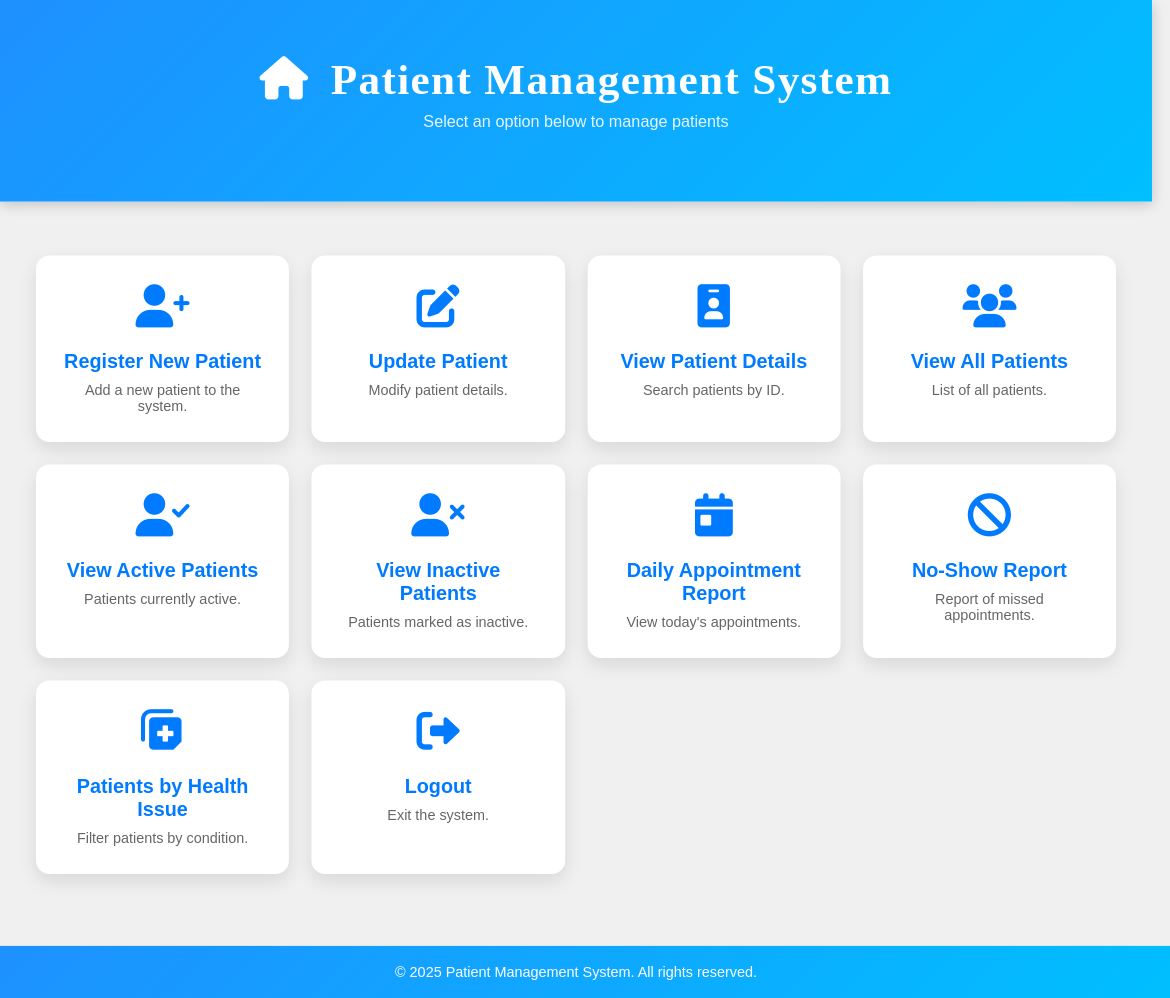
Repository: VamsiPerni/Care-and-Cure-Hospital
Page: http://localhost/patienthome
An editor plug-in stored every save of this project. The page is shown before and after the next save, followed by the edit.
The browser window is 1280 px wide. The page is 1300 px wide, so the pictures cover 1300 px, including what lies to the right of the window. The pictures show the whole page, at 90% of full size.
The page is this project's Thymeleaf template; nobody is signed in. The template is opened directly, without the code that normally fills it, so the values that code supplies are empty.

Above is the page before, as saved 2025-04-08 07:13:12.

### Care_and_Cure_Hospital_AppUI/src/main/resources/templates/patienthome.html
<!DOCTYPE html>
<html lang="en" xmlns:th="http://www.thymeleaf.org">
<head>
    <meta charset="UTF-8">
    <meta name="viewport" content="width=device-width, initial-scale=1.0">
    <title>Patient Management System</title>
    <link href="https://fonts.googleapis.com/css2?family=Roboto:wght@400;500;700&family=Playfair+Display:wght@700&display=swap" rel="stylesheet">
    <link rel="stylesheet" href="https://cdnjs.cloudflare.com/ajax/libs/font-awesome/6.0.0-beta3/css/all.min.css">
    <style>
        body {
            background-color: #f0f0f0;
            font-family: 'Poppins', sans-serif;
            margin: 0;
            padding: 0;
            display: flex;
            flex-direction: column;
            align-items: center;
            justify-content: center;
            min-height: 100vh;
            color: #333;
        }

        header {
            background: linear-gradient(135deg, #1e90ff, #00bfff);
            width: 100%;
            padding: 60px 0;
            text-align: center;
            box-shadow: 0 4px 15px rgba(0, 0, 0, 0.2);
            margin-bottom: 40px;
        }

        header h1 {
            color: white;
            font-family: 'Poppins', serif;
            font-size: 48px;
            font-weight: 700;
            margin: 0;
            letter-spacing: 1.5px;
        }

        header p {
            color: rgba(255, 255, 255, 0.9);
            font-size: 18px;
            margin-top: 10px;
        }

        .grid-container {
            display: grid;
            grid-template-columns: repeat(auto-fit, minmax(280px, 1fr));
            gap: 25px;
            max-width: 1200px;
            margin: 0 auto;
            padding: 20px;
        }

        .feature-box {
            background: white;
            padding: 30px;
            border-radius: 15px;
            text-align: center;
            box-shadow: 0 8px 20px rgba(0, 0, 0, 0.1);
            transition: transform 0.3s ease, box-shadow 0.3s ease, background 0.3s ease;
            cursor: pointer;
            position: relative;
            overflow: hidden;
        }

        .feature-box::before {
            content: '';
            position: absolute;
            top: 0;
            left: 0;
            width: 100%;
            height: 100%;
            background: linear-gradient(135deg, #1e90ff, #00bfff);
            opacity: 0;
            transition: opacity 0.3s ease;
            z-index: 1;
        }

        .feature-box:hover::before {
            opacity: 1;
        }

        .feature-box:hover {
            transform: translateY(-10px);
            box-shadow: 0 12px 30px rgba(0, 0, 0, 0.2);
        }

        .feature-box:hover .icon,
        .feature-box:hover .title,
        .feature-box:hover .description {
            color: white;
            z-index: 2;
        }

        a {
            text-decoration: none;
            color: inherit;
        }

        .icon {
            font-size: 48px;
            margin-bottom: 20px;
            color: #007bff;
            transition: color 0.3s ease;
            position: relative;
            z-index: 2;
        }

        .title {
            font-size: 22px;
            font-weight: 600;
            color: #007bff;
            margin-bottom: 10px;
            transition: color 0.3s ease;
            position: relative;
            z-index: 2;
        }

        .description {
            font-size: 16px;
            color: #666;
            transition: color 0.3s ease;
            position: relative;
            z-index: 2;
        }

        footer {
            margin-top: 60px;
            padding: 20px;
            width: 100%;
            text-align: center;
            background: linear-gradient(135deg, #1e90ff, #00bfff);
            color: white;
            font-size: 16px;
            font-weight: 500;
        }
    </style>
</head>
<body>
    <header>
    <h1>
        <a href="/adminDashboard" style="color: white; text-decoration: none;">
            <i class="fas fa-home" style="margin-right: 10px;"></i>
            Patient Management System
        </a>
    </h1>
    <p>Select an option below to manage patients</p>
</header>
    <div class="grid-container">
        <div class="feature-box">
            <div class="icon"><i class="fas fa-user-plus"></i></div>
            <div class="title"><a th:href="@{/ui/patients/add}">Register New Patient</a></div>
            <div class="description">Add a new patient to the system.</div>
        </div>
        <div class="feature-box">
            <div class="icon"><i class="fas fa-edit"></i></div>
            <div class="title"><a th:href="@{/ui/patients/enterId}">Update Patient</a></div>
            <div class="description">Modify patient details.</div>
        </div>
        <div class="feature-box">
            <div class="icon"><i class="fas fa-id-badge"></i></div>
            <div class="title"><a th:href="@{/ui/patients/enterPatientId}">View Patient Details</a></div>
            <div class="description">Search patients by ID.</div>
        </div>
        <div class="feature-box">
            <div class="icon"><i class="fas fa-users"></i></div>
            <div class="title"><a th:href="@{/ui/patients/all}">View All Patients</a></div>
            <div class="description">List of all patients.</div>
        </div>
        <div class="feature-box">
            <div class="icon"><i class="fas fa-user-check"></i></div>
            <div class="title"><a th:href="@{/ui/patients/status/active}">View Active Patients</a></div>
            <div class="description">Patients currently active.</div>
        </div>
        <div class="feature-box">
            <div class="icon"><i class="fas fa-user-times"></i></div>
            <div class="title"><a th:href="@{/ui/patients/status/inactive}">View Inactive Patients</a></div>
            <div class="description">Patients marked as inactive.</div>
        </div>
        <div class="feature-box">
            <div class="icon"><i class="fas fa-calendar-day"></i></div>
            <div class="title"><a th:href="@{/ui/patients/report/dailyAppointments}">Daily Appointment Report</a></div>
            <div class="description">View today's appointments.</div>
        </div>
        <div class="feature-box">
            <div class="icon"><i class="fas fa-ban"></i></div>
            <div class="title"><a th:href="@{/ui/patients/report/noShows}">No-Show Report</a></div>
            <div class="description">Report of missed appointments.</div>
        </div>
        <div class="feature-box">
            <div class="icon"><i class="fas fa-notes-medical"></i></div>
            <div class="title"><a th:href="@{/ui/patients/report/healthIssue}">Patients by Health Issue</a></div>
            <div class="description">Filter patients by condition.</div>
        </div>
        <div class="feature-box">
            <div class="icon"><i class="fas fa-sign-out-alt"></i></div>
            <div class="title"><a href="/">Logout</a></div>
            <div class="description">Exit the system.</div>
        </div>
    </div>
    <footer>
        &copy; 2025 Patient Management System. All rights reserved.
    </footer>
</body>
</html>

After the next save:
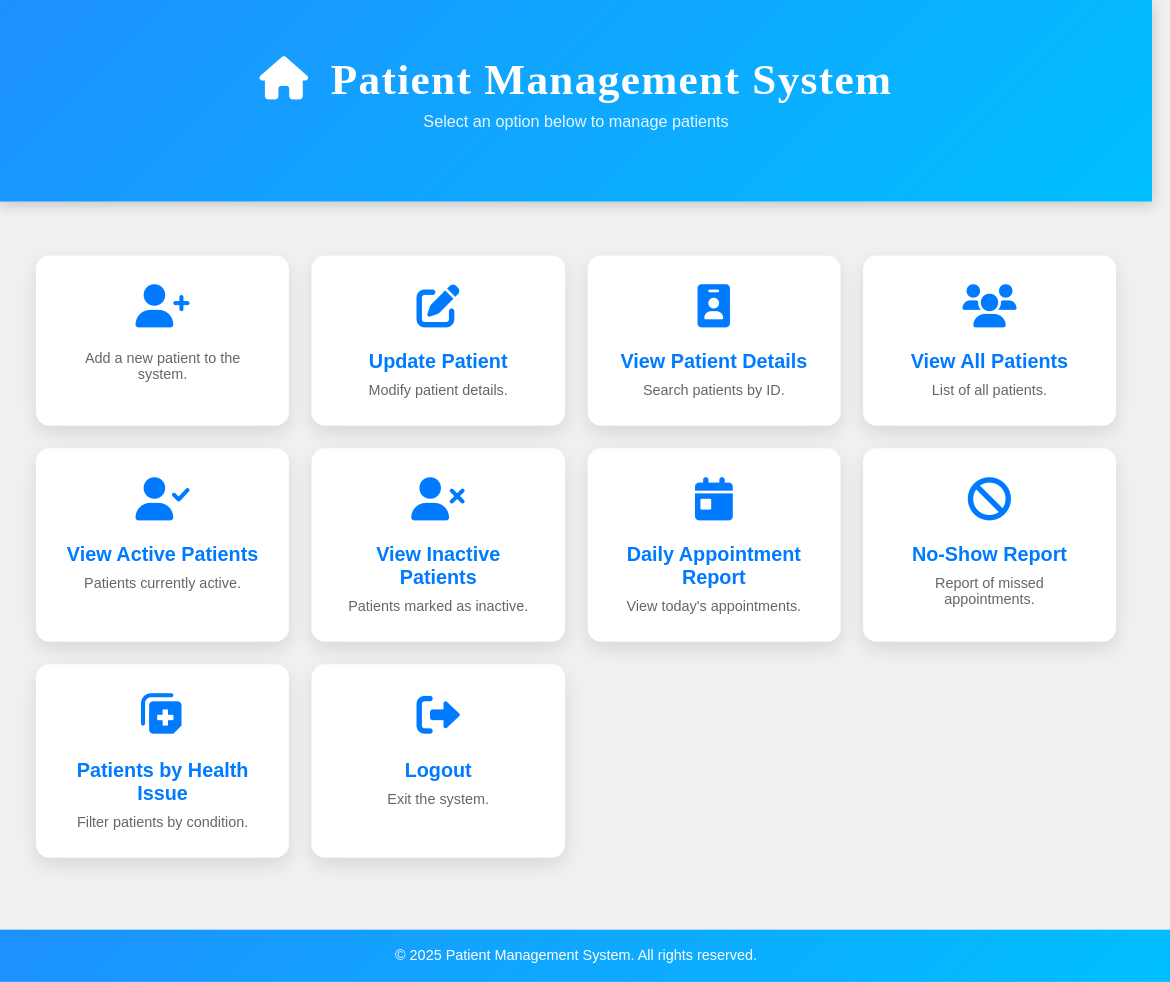
Saved 3 h 41 min later.
--- a/Care_and_Cure_Hospital_AppUI/src/main/resources/templates/patienthome.html
+++ b/Care_and_Cure_Hospital_AppUI/src/main/resources/templates/patienthome.html
@@ -151,7 +151,7 @@
     <div class="grid-container">
         <div class="feature-box">
             <div class="icon"><i class="fas fa-user-plus"></i></div>
-            <div class="title"><a th:href="@{/ui/patients/add}">Register New Patient</a></div>
+          <!--  <div class="title"><a th:href="@{/ui/patients/add}">Register New Patient</a></div> -->
             <div class="description">Add a new patient to the system.</div>
         </div>
         <div class="feature-box">
